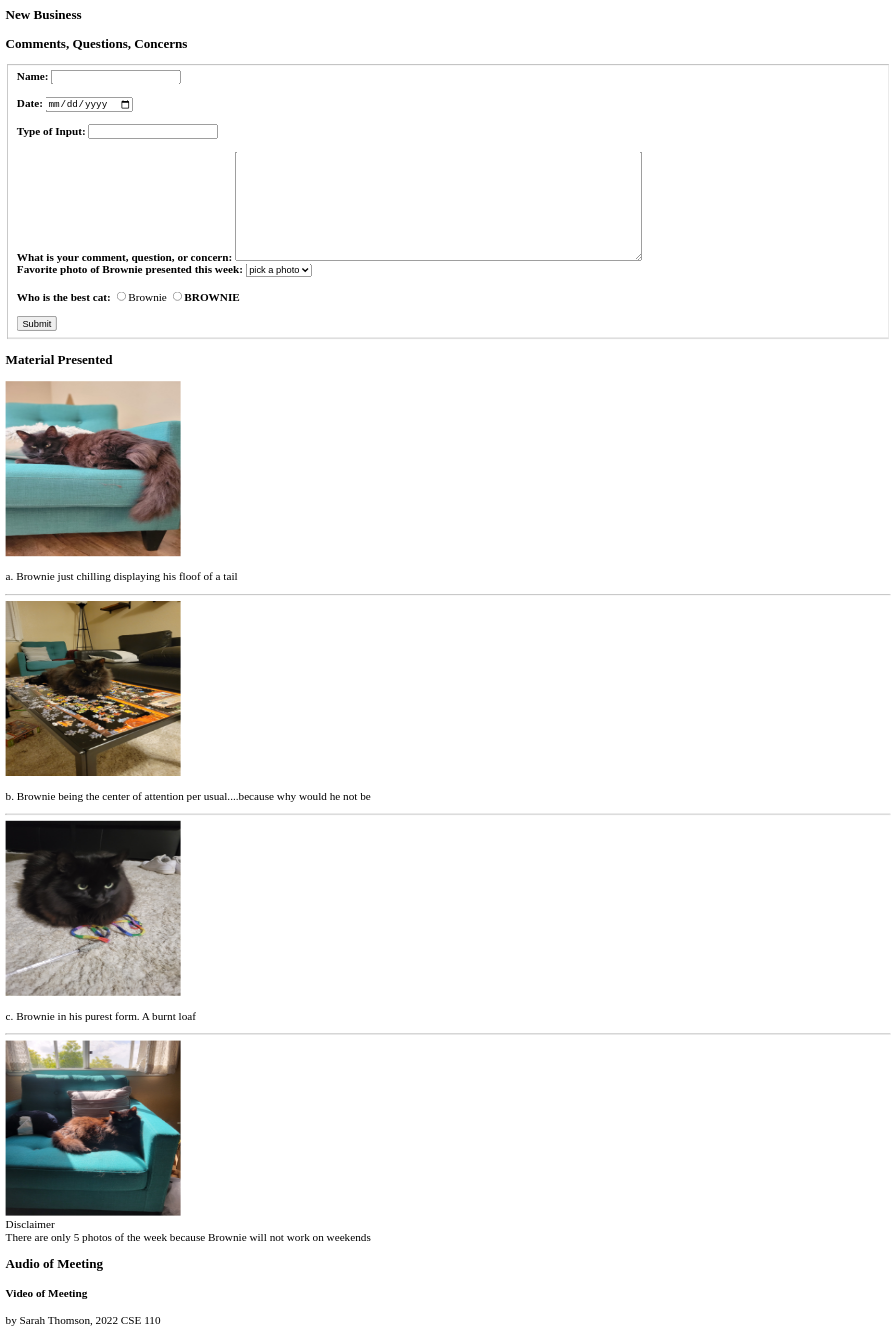
Repository: sarahtthomson/fa22-cse110-lab3
Page: index.html
The author's editor kept a copy of each file at every save. The page is drawn from the files as they stood at one save, then again after the next save.
The browser window is 1280 px wide. The pictures show the part of the page from y = 681 to 2601 px (the page is 2593 px tall before and 2601 px after), at 70% of full size.

Above is the page before, as saved 2022-10-08 19:15:52.

### index.html
<!DOCTYPE html>
<html lang="en">
    <head>
        <Title>Team Brownie</Title>
        <meta name="description" content="Meeting minutes for Team Brownie">
        <link rel="icon" href="favicon.ico">
    </head>
    <body>
        <header>
            <h1>Team Brownie Meeting 1</h1>
            <h2>Overview</h2>
            <h3>10/07/2022</h3>
        </header>
        <main>
            <nav class="nav">
                <h3>Navigation</h4>
                <ol>
                    <li><a href="#Attendance" >Attendance</a></li>
                    <li><a href="#Agenda">Agenda</a></li>
                    <li><a href="#Unfinished">Unfinished Business</a></li>
                    <li><a href="#New">New Business</a></li>
                    <li><a href="#Comments">Comments, Questions, Concerns</a></li>
                    <li><a href="#Material">Material Presented</a></li>
                    <li><a href="#Audio">Audio of Meeting</a></li>
                    <li><a href="#Video">Video of Meeting</a></li>
                </ol>
            </nav>
            <div class="Attendance" id="Attendance">
                <h3>Attendance</h3>
                <ul>
                    <li><input type="checkbox">Sarah</li>
                    <li><input type="checkbox">Mika</li>
                    <li><input type="checkbox">Allison</li>
                    <li><input type="checkbox">Hannah</li>
                    <li><input type="checkbox">Mariella</li>
                    <li><input type="checkbox">Anthony</li>
                    <li><input type="checkbox">Melanie</li>
                    <li><input type="checkbox">Rachel</li>
                    <li><input type="checkbox">Cailyn</li>
                </ul>
            </div>
            <div class="Agenda" id="Agenda">
                <h3>Agenda</h3>

            </div>
            <div class="Unfinished" id="Unfinished">
                <h3>Unfinished Business</h3>
            </div>
            <div class="New" id="New">
                <h3>New Business</h3>
            </div>
            <div class="Comments" id="Comments">
                <h3>Comments, Questions, Concerns</h3>
                <form method="get" class="cqc" id="form">
                    <fieldset>
                        <label for="name"><b>Name:</b></label>
                        <input type="text" name="name" id="name">
                        <br>
                        <br>
                        <label for="date"><b>Date:</b></label>
                        <input type="date" name="date" id="date">
                        <br>
                        <br>
                        <label for="cqorc"><b>Type of Input:</b></label>
                        <input list="type-of-input" id="choice" name="choice">
                        <br>
                        <datalist id="type-of-input">
                            <option value="comment">
                            <option value="question">
                            <option value="concern">
                        </datalist>
                        <br>
                        <label for="textbox"><b>What is your comment, question, or concern:</b></label>
                        <textarea id="textbox" name="textbox" rows="10" cols="70"></textarea>
                        <br>
                        <label for="best-photo"><b>Favorite photo of Brownie presented this week:</b></label>
                        <select name="photos" id="photo-select">
                            <option value="">pick a photo</option>
                            <option value="a">a</option>
                            <option value="b">b</option>
                            <option value="c">c</option>
                            <option value="d">d</option>
                            <option value="e">e</option>
                        </select>
                        <br>
                        <br>
                        <label for="best"><b>Who is the best cat:</b></label>
                        <input type="radio" id="brownie" name="cat"><label for="brownie">Brownie</label>
                        <input type="radio" id="brownie!" name="cat"><label for="brownie!"><strong>BROWNIE</strong></label>
                        <br>
                        <br>
                        <button type="submit" form="form">Submit</button>
                    </fieldset>
                </form>
            </div>
            <div class="Material" id="Material">
                <h3>Material Presented</h3>
                <img height="250" width="250" src="cat.jpg">
                <p>a. Brownie just chilling displaying his floof of a tail</p>
                <hr>
                <img height="250" width="250" src="cat1.jpg">
                <p>b. Brownie being the center of attention per usual....because why would he not be</p>
                <hr>
                <img height="250" width="250" src="cat2.jpg">
                <p>c. Brownie in his purest form. A burnt loaf</p>
                <hr>
                <img height="250" width="250" src="cat3.jpg"
                <details><summary>Disclaimer</summary>There are only 5 photos of the week because Brownie will not work on weekends</details>
            </div>
            <div class="Audio" id="Audio">
                <h3>Audio of Meeting</h3>
            </div>
            <div class="Video" id="Video">
                <h4>Video of Meeting</h4>
            </div>
        </main>
        <footer>
            <p>by Sarah Thomson, 2022 CSE 110</p>
        </footer>

    </body>
</html>

After the next save:
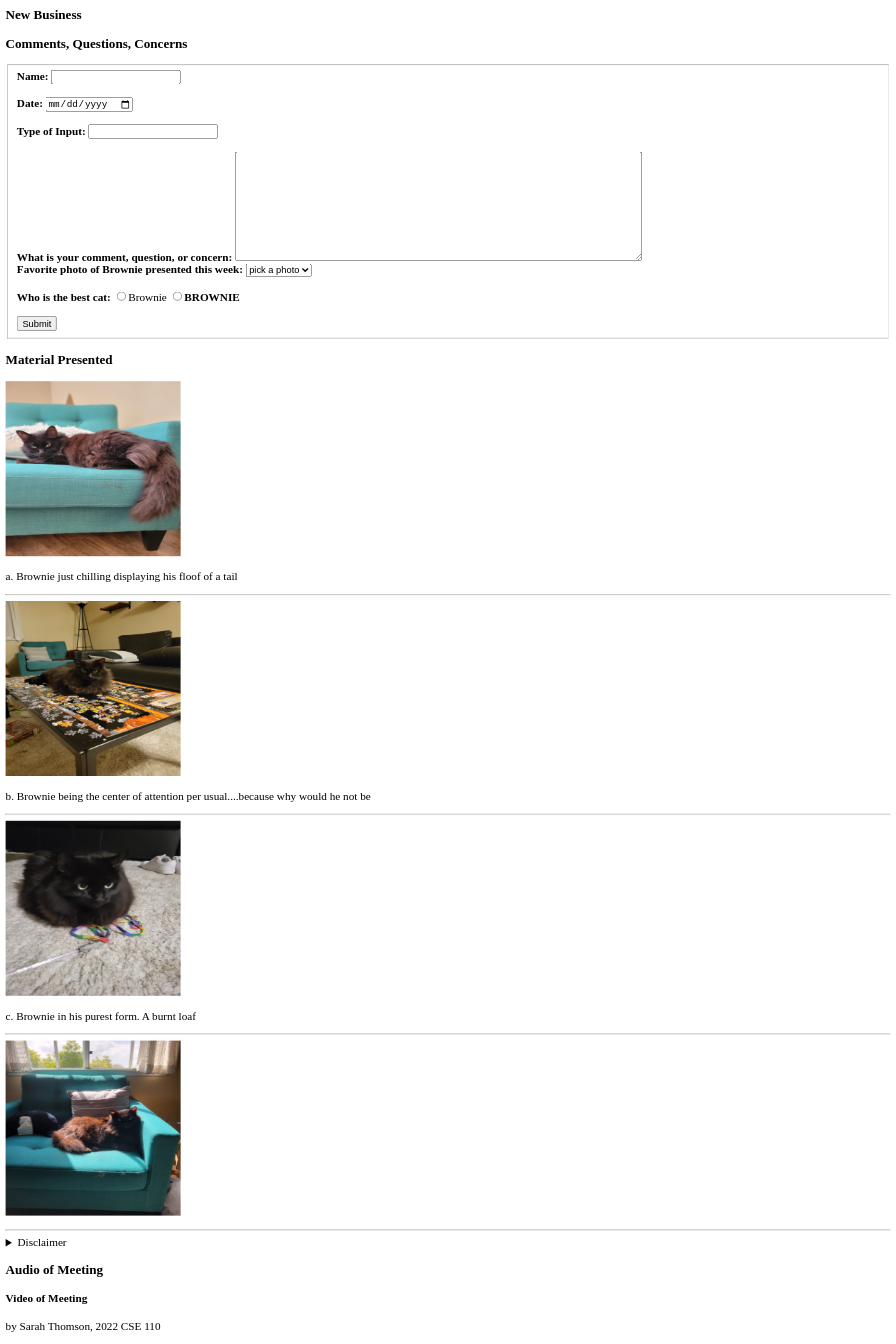
Saved 109 s later.
--- a/index.html
+++ b/index.html
@@ -104,7 +104,9 @@
                 <img height="250" width="250" src="cat2.jpg">
                 <p>c. Brownie in his purest form. A burnt loaf</p>
                 <hr>
-                <img height="250" width="250" src="cat3.jpg"
+                <img height="250" width="250" src="cat3.jpg">
+                <p></p>
+                <hr>
                 <details><summary>Disclaimer</summary>There are only 5 photos of the week because Brownie will not work on weekends</details>
             </div>
             <div class="Audio" id="Audio">
